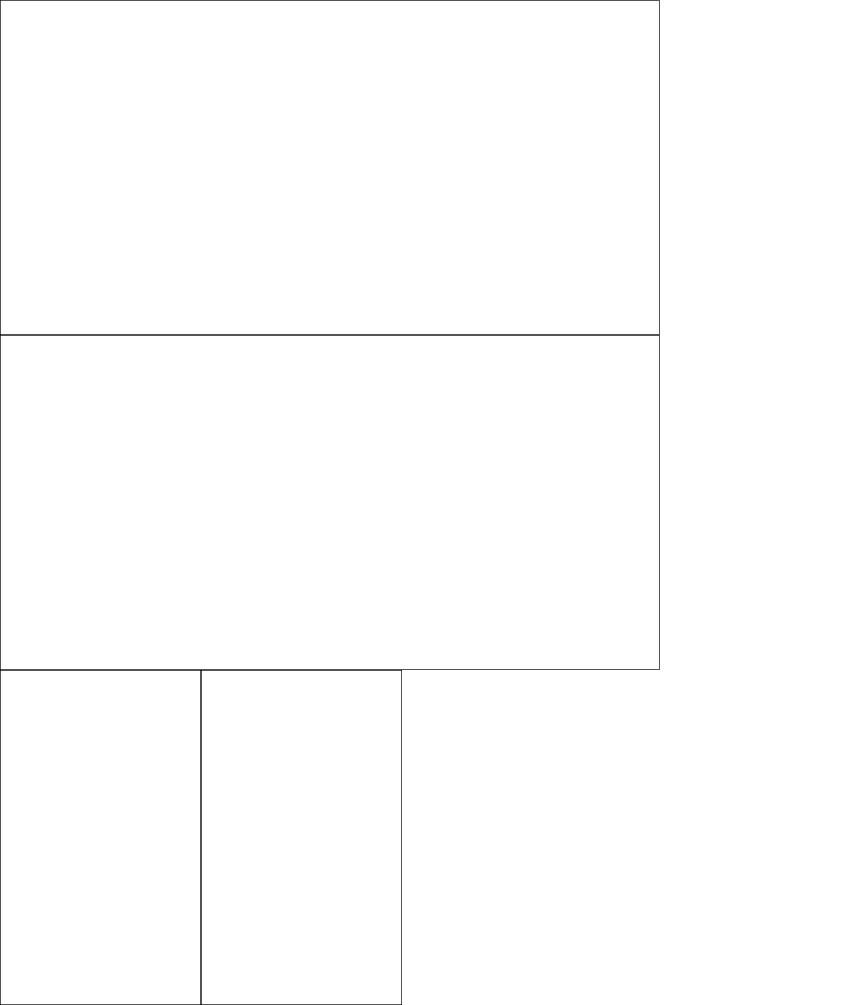
Repository: JavaJin96/kr.or.ddit.HighJava
Page: http://localhost/TeamProjectDCUM/main/mainshow.jsp
An editor plug-in stored every save of this project. The page is shown before and after the next save, followed by the edit.
The browser window is 1280 px wide. The pictures show the whole page, at 67% of full size.
The page is served by Tomcat 9. Other server files are loaded and not shown.

Above is the page before, as saved 2022-02-15 12:33:00.

### 3.Highjava/workspace/TeamProjectDCUM/WebContent/main/mainshow.jsp
<%@ page language="java" contentType="text/html; charset=UTF-8"
    pageEncoding="UTF-8"%>
<!DOCTYPE html>
<html>
<head>
<meta charset="UTF-8">
<title>Insert title here</title>
 <link rel="stylesheet" href="https://cdn.jsdelivr.net/npm/bootstrap@4.6.1/dist/css/bootstrap.min.css">
  <script src="https://cdn.jsdelivr.net/npm/jquery@3.5.1/dist/jquery.slim.min.js"></script>
  <script src="https://cdn.jsdelivr.net/npm/popper.js@1.16.1/dist/umd/popper.min.js"></script>
  <script src="https://cdn.jsdelivr.net/npm/bootstrap@4.6.1/dist/js/bootstrap.bundle.min.js"></script>
<script src="<%=request.getContextPath()%>/js/jquery-3.6.0.min.js"></script>
<script>

</script>
<style>
	div {
		border : 1px solid black;
	}
	#d1, #d2{
		display : inline-block;
		float : left;
		width : calc(99.6% - 290px);
		height : 500px;
	}
	#d3, #d4{
		display : inline-block;
		float : left;
		width : 300px;
		height : 500px;
	}
</style>
</head>
<body>
	<div id="d1">

	</div>

	<div id="d2">

	</div>

	<div id="d3">

	</div>

	<div id="d4">

	</div>

</body>
</html>

Loaded but not shown: 3.Highjava/workspace/TeamProjectDCUM/WebContent/js/jquery-3.6.0.min.js (library)

After the next save:
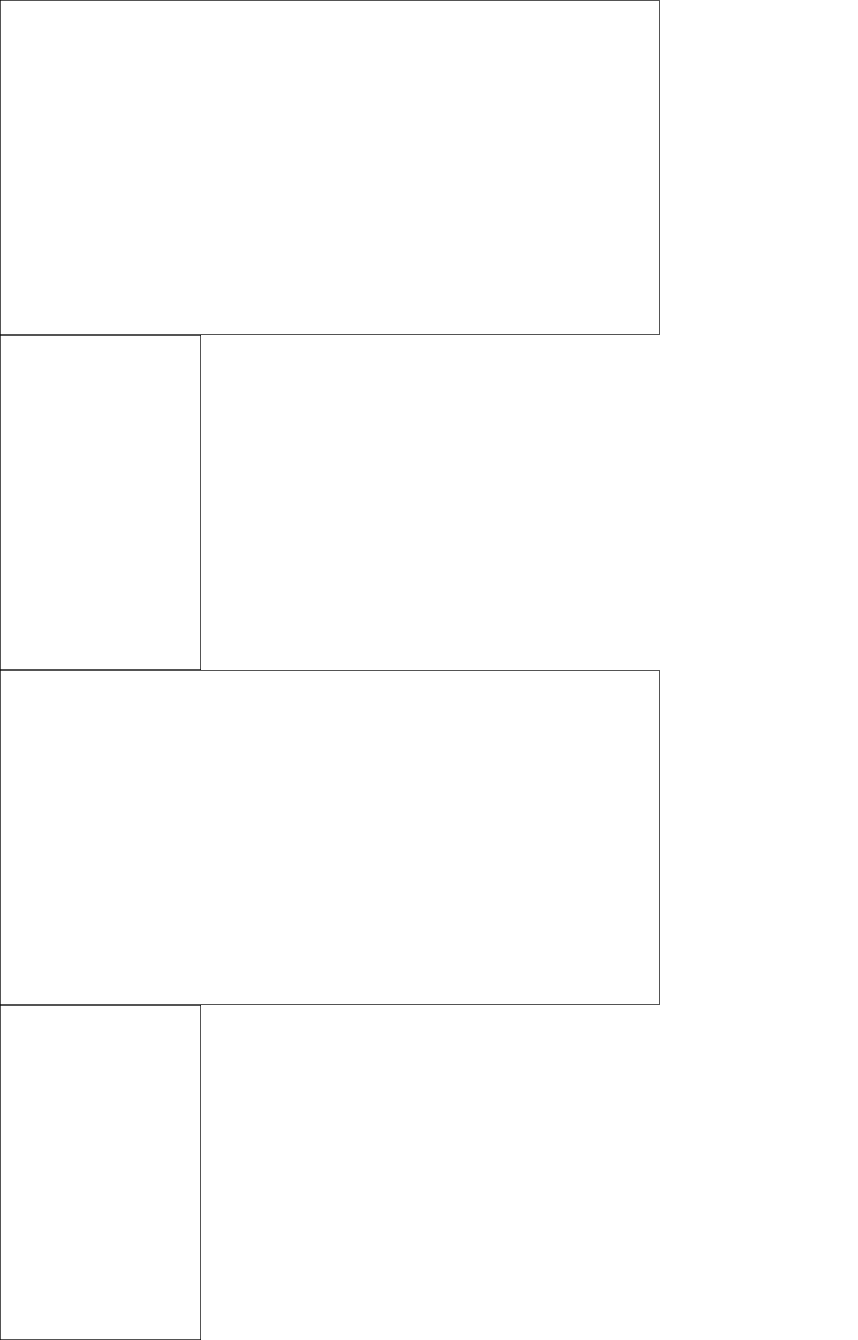
Saved 14 s later.
--- a/3.Highjava/workspace/TeamProjectDCUM/WebContent/main/mainshow.jsp
+++ b/3.Highjava/workspace/TeamProjectDCUM/WebContent/main/mainshow.jsp
@@ -17,13 +17,13 @@
 	div {
 		border : 1px solid black;
 	}
-	#d1, #d2{
+	#d1, #d3{
 		display : inline-block;
 		float : left;
 		width : calc(99.6% - 290px);
 		height : 500px;
 	}
-	#d3, #d4{
+	#d2, #d4{
 		display : inline-block;
 		float : left;
 		width : 300px;
